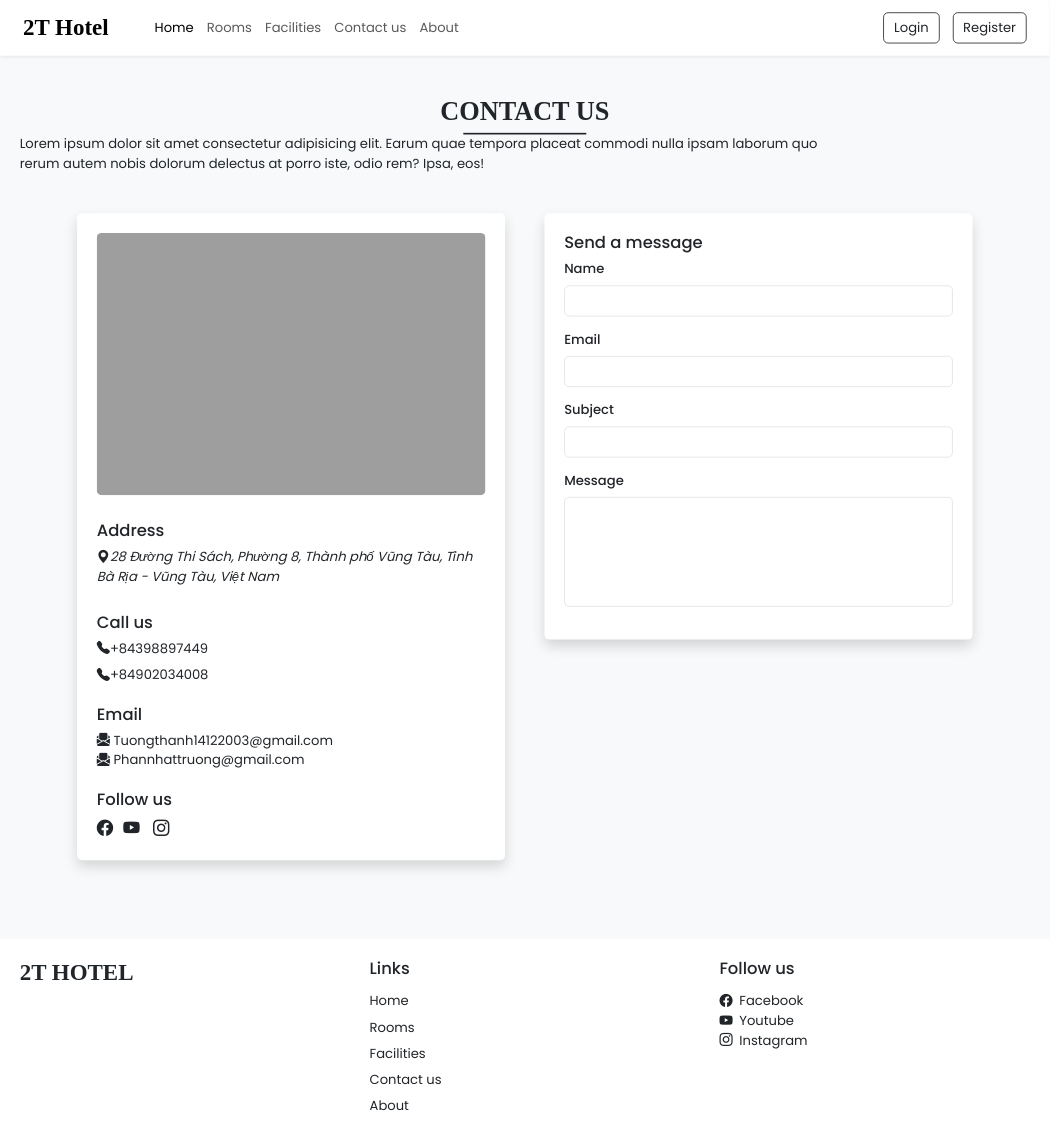
Repository: TaTongThanh2003/DoAnCoSo2024_BookingHotelWebsite
Page: http://localhost/WebsiteBookingHotel/contact.php
These files come from the project's save history. The page is drawn as it stood at one moment and after the next save; the edit follows.
The browser window is 1280 px wide. The pictures show the whole page, at 82% of full size.
Pictures or frames that could not be fetched are drawn as grey boxes. Some web fonts or font styles are not loaded; a fallback is used. The page is run by PHP 8.4 with error messages shown; the project is at /var/www/html/.

Above is the page before, as saved 2024-03-22 15:03:00.

### WebsiteBookingHotel/contact.php
<!DOCTYPE html>
<html lang="en">

<head>
    <meta charset="UTF-8">
    <meta http-equiv="X-UA-Compatible" content="IE-edge">
    <meta name="viewport" content="width=device-width, initial-scale=1.0">
    <title>2T Hotel - CONTACT</title>
    <?php require('inc/links.php'); ?>
    <style>
    .pop:hover {
        border-top-color: var(--teal) !important;
        transform: scale(1.03);
        transition: all 0.3s;
    }
    </style>
    <link rel="stylesheet" href="https://cdn.jsdelivr.net/npm/swiper@11/swiper-bundle.min.css" />
    <style>
    @media screen and (max-width: 575px) {
        .availability-form {
            margin: 25px;
            padding: 0 35px;
        }
    }
    </style>
</head>

<body class="bg-light">
    <?php require('inc/header.php'); ?>

    <div class="my-5 px-4">
        <h2 class="fw-bold h-font text-center">CONTACT US</h2>
        <div class="h-line bg-dark"></div>
        <p>Lorem ipsum dolor sit amet consectetur adipisicing elit. Earum quae tempora placeat commodi nulla ipsam
            laborum quo <br> rerum autem nobis dolorum delectus at porro iste, odio rem? Ipsa, eos!</p>
    </div>
    <div class="container">
        <div class="row">
            <div class="col-lg-6 col-md-6 mb-5 px-4">
                <div class="bg-white rounded shadow p-4 ">
                    <iframe
                        src="https://www.google.com/maps/embed?pb=!1m18!1m12!1m3!1d1387.4586037672818!2d107.14647667339156!3d10.395697334627467!2m3!1f0!2f0!3f0!3m2!1i1024!2i768!4f13.1!3m3!1m2!1s0x31756fd4554f0cf5%3A0xb24fd23bf641fa40!2zVsWpbmcgVMOgdSwgQsOgIFLhu4thIC0gVsWpbmcgVMOgdSwgVmnhu4d0IE5hbQ!5e0!3m2!1svi!2s!4v1710661690680!5m2!1svi!2s"
                        class="w-100 rounded mb-4" height="320px" loading="lazy"
                        referrerpolicy="no-referrer-when-downgrade"></iframe>
                    <h5>Address</h5>
                    <a href="https://maps.app.goo.gl/TkpwJFueXijHawj1A" target="_blank"
                        class="d-inline-block text-decoration-none text-dark mb-2">
                        <i class="bi bi-geo-alt-fill">28 Đường Thi Sách, Phường 8, Thành phố Vũng Tàu,
                            Tỉnh Bà Rịa - Vũng Tàu, Việt Nam</i>
                    </a>
                    <h5 class="mt-4">Call us</h5>
                    <a href="tel: +84398897449" class="d-inline-block mb-2 text-decoration-none text-dark">
                        <i class="bi bi-telephone-fill"></i>+84398897449
                    </a>
                    <br>
                    <a href="tel: +84902034008" class="d-inline-block text-decoration-none text-dark">
                        <i class="bi bi-telephone-fill"></i>+84902034008
                    </a>
                    <h5 class="mt-4">Email</h5>
                    <a href="Mail To: tuongthanh14122003@gmail.com "
                        class="d-inline-block text-decoration-none text-dark">
                        <i class="bi bi-envelope-paper-fill"> </i>Tuongthanh14122003@gmail.com</a><br>
                    <a href="MailTo: phannhattruong@gmail.com " class="d-inline-block text-decoration-none text-dark">
                        <i class="bi bi-envelope-paper-fill"> </i>Phannhattruong@gmail.com</a>
                    <h5 class="mt-4">Follow us</h5>
                    <a href="#" class="d-inline-block text-dark fs-5 me-2 ">
                        <i class="bi bi-facebook mi-1"></i>
                    </a>

                    <a href="#" class="d-inline-block text-dark fs-5 me-2">
                        <i class="bi bi-youtube me-1"></i>
                    </a>
                    <a href="#" class="d-inline-block text-dark fs-5 ">
                        <i class="bi bi-instagram me-1"></i>
                    </a>
                </div>
            </div>
            <div class="col-lg-6 col-md-6 px-4">
                <div class="bg-white rounded shadow p-4 ">
                    <form>
                        <h5>Send a message</h5>
                        <div class="mb-3">
                            <label class="form-label" style="font-weight: 500;">Name</label>
                            <input type="text" class="form-control shadow-none">
                        </div>
                        <div class="mb-3">
                            <label class="form-label" style="font-weight: 500;">Email</label>
                            <input type="email" class="form-control shadow-none">
                        </div>
                        <div class="mb-3">
                            <label class="form-label" style="font-weight: 500;">Subject</label>
                            <input type="text" class="form-control shadow-none">
                        </div>
                        <div class="mb-3">
                            <label class="form-label" style="font-weight: 500;">Message</label>
                            <textarea class="form-control shadow-none" rows="5" style="resize: none;"></textarea>
                        </div>
                    </form>
                </div>
            </div>

        </div>
    </div>

    <!-- footer -->
    <?php require('inc/footer.php'); ?>




    <!-- <script src="https://cdn.jsdelivr.net/npm/swiper@11/swiper-bundle.min.js"></script>
    <script src="https://cdn.jsdelivr.net/npm/bootstrap@5.3.3/dist/js/bootstrap.bundle.min.js"
        integrity="sha384-YvpcrYf0tY3lHB60NNkmXc5s9fDVZLESaAA55NDzOxhy9GkcIdslK1eN7N6jIeHz" crossorigin="anonymous">
    </script> -->
    <!-- <script>
    var swiper = new Swiper(".swiper-container", {
        spaceBetween: 30,
        effect: "fade",
        loop: true,
        autoplay: {
            delay: 3500,
            disableOnInteraction: false,
        }
    });
    var swiper = new Swiper(".swiper-testimonials", {
        effect: "coverflow",
        grabCursor: true,
        centeredSlides: true,
        slidesPerView: "auto",
        slidesPerView: "3",
        loop: true,
        coverflowEffect: {
            rotate: 50,
            stretch: 0,
            depth: 100,
            modifier: 1,
            slideShadows: false,
        },
        pagination: {
            el: ".swiper-pagination",
        },
        breakpoints: {
            320: {
                slidesPerView: 1,
            },
            640: {
                slidesPerView: 1,
            },
            768: {
                slidesPerView: 2,
            },
            1024: {
                slidesPerView: 3,
            },
        }
    });
    </script> -->
</body>

</html>

### WebsiteBookingHotel/inc/links.php
<link href="https://cdn.jsdelivr.net/npm/bootstrap@5.3.3/dist/css/bootstrap.min.css" rel="stylesheet"
    integrity="sha384-QWTKZyjpPEjISv5WaRU9OFeRpok6YctnYmDr5pNlyT2bRjXh0JMhjY6hW+ALEwIH" crossorigin="anonymous">
<link href="https://fonts.googleapis.com/css2?family=Merienda:wght@400;700&family=Poppins:wght@400;500;600&display=swap"
    rel="stylesheet">
<link rel="stylesheet" href="https://cdn.jsdelivr.net/npm/bootstrap-icons@1.11.3/font/bootstrap-icons.min.css">
<link rel="stylesheet" href="css/common.css">

### WebsiteBookingHotel/inc/header.php
<nav class="navbar navbar-expand-lg navbar-light bg-white px-lg-3 py-lg-2 shadow-sm sticky-top">
    <div class="container-fluid">
        <a class="navbar-brand me-5 fw-bold fs-3 h-font" href="index.php">2T Hotel</a>
        <button class="navbar-toggler shadow-none" type="button" data-bs-toggle="collapse"
            data-bs-target="#navbarSupportedContent" aria-controls="navbarSupportedContent" aria-expanded="false"
            aria-label="Toggle navigation">
            <span class="navbar-toggler-icon"></span>
        </button>
        <div class="collapse navbar-collapse" id="navbarSupportedContent">
            <ul class="navbar-nav me-auto mb-2 mb-lg-0">
                <li class="nav-item">
                    <a class="nav-link active" aria-current="page" href="index.php">Home</a>
                </li>
                <li class="nav-item">
                    <a class="nav-link" href="#">Rooms</a>
                </li>
                <li class="nav-item">
                    <a class="nav-link" href="facilities.php">Facilities</a>
                </li>
                <li class="nav-item">
                    <a class="nav-link" href="contact.php">Contact us</a>
                </li>
                <li class="nav-item">
                    <a class="nav-link" href="about.php">About</a>
                </li>
            </ul>
            <div class="d-flex">
                <button type="button" class="btn btn-outline-dark shadow-none me-lg-3 me-2" data-bs-toggle="modal"
                    data-bs-target="#loginModal">
                    Login
                </button>
                <button type="button" class="btn btn-outline-dark shadow-none " data-bs-toggle="modal"
                    data-bs-target="#registerModal">
                    Register
                </button>
            </div>
        </div>
    </div>
</nav>

<!-- login -->
<div class="modal fade" id="loginModal" data-bs-backdrop="static" data-bs-keyboard="false" tabindex="-1"
    aria-labelledby="staticBackdropLabel" aria-hidden="true">
    <div class="modal-dialog">
        <div class="modal-content">
            <form>
                <div class="modal-header">
                    <h5 class="modal-title d-flex align-item-center">
                        <i class="bi bi-person-circle fs-5 me-2"></i> User login
                    </h5>
                    <button type="reset" class="btn-close shadow-none" data-bs-dismiss="modal"
                        aria-label="Close"></button>
                </div>
                <div class="modal-body">
                    <div class="mb-3">
                        <label class="form-label">Email address</label>
                        <input type="email" class="form-control shadow-none">
                    </div>
                    <div class="mb-4">
                        <label class="form-label">Password</label>
                        <input type="password" class="form-control shadow-none">
                    </div>
                    <div class="d-flex align-items-center justify-content-between mb-2">
                        <button type="submit" class="btn btn-dark shadow-none">LOGIN</button>
                        <a href="javascript: void(0)" class="text-secondary text-decoration-none">Forgot
                            Password?</a>
                    </div>
                </div>
            </form>
        </div>
    </div>
</div>

<!-- Register -->
<div class="modal fade" id="registerModal" data-bs-backdrop="static" data-bs-keyboard="false" tabindex="-1"
    aria-labelledby="staticBackdropLabel" aria-hidden="true">
    <div class="modal-dialog modal-lg">
        <div class="modal-content">
            <form>
                <div class="modal-header">
                    <h5 class="modal-title d-flex align-item-center">
                        <i class="bi bi-person-lines-fill fs-5 me-2"></i>
                        User Registration
                    </h5>
                    <button type="reset" class="btn-close shadow-none" data-bs-dismiss="modal"
                        aria-label="Close"></button>
                </div>
                <div class="modal-body">
                    <span class="badge rounded-pill bg-light text-dark mb-3 text-wrap lh-base">
                        Note: Your details must match with your ID (Aadhar card, passport, driving license, etc.)
                        that will be required dring check-in.
                    </span>
                    <div class="container-fluid">
                        <div class="row">
                            <!-- Name -->
                            <div class="col-md-6 ps-0 mb-3">
                                <label class="form-label">Name</label>
                                <input type="text" class="form-control shadow-none">
                            </div>
                            <!-- Email -->
                            <div class="col-md-6 p-0 mb-3">
                                <label class="form-label">Email</label>
                                <input type="email" class="form-control shadow-none">
                            </div>
                            <!-- Phone Number -->
                            <div class="col-md-6 ps-0 mb-3">
                                <label class="form-label">Phone Number</label>
                                <input type="number" class="form-control shadow-none">
                            </div>
                            <!-- Picture -->
                            <div class="col-md-6 p-0 mb-3">
                                <label class="form-label">Picture</label>
                                <input type="file" class="form-control shadow-none">
                            </div>
                            <!-- Address -->
                            <div class="col-md-12 p-0 mb-3">
                                <label class="form-label">Address</label>
                                <textarea class="form-control shadow-none" rows="1"></textarea>
                            </div>
                            <!-- Pincode -->
                            <div class="col-md-6 ps-0 mb-3">
                                <label class="form-label">Pincode</label>
                                <input type="number" class="form-control shadow-none">
                            </div>
                            <!-- Date of birth -->
                            <div class="col-md-6 p-0 mb-3">
                                <label class="form-label">Date of birth</label>
                                <input type="date" class="form-control shadow-none">
                            </div>
                            <!-- Password -->
                            <div class="col-md-6 ps-0 mb-3">
                                <label class="form-label">Password</label>
                                <input type="password" class="form-control shadow-none">
                            </div>
                            <!-- Comfirm Password -->
                            <div class="col-md-6 p-0 mb-3">
                                <label class="form-label">Comfirm Password</label>
                                <input type="password" class="form-control shadow-none">
                            </div>
                        </div>
                    </div>
                    <div class="text-center my-1">
                        <button type="submit" class="btn btn-dark shadow-none">REGISTER</button>
                    </div>
                </div>
            </form>
        </div>
    </div>
</div>

### WebsiteBookingHotel/inc/footer.php
<div class="container-fluid bg-white mt-5">
    <div class="row">
        <div class="col-lg-4 p-4">
            <h3 class="h-font fw-bold fs-3">2T HOTEL</h3>
            <p>

            </p>
        </div>
        <div class="col-lg-4 p-4">
            <h5 class="mb-3">Links</h5>
            <a href="#" class="d-inline-block mb-2 text-dark text-decoration-none">Home</a><br>
            <a href="#" class="d-inline-block mb-2 text-dark text-decoration-none">Rooms</a><br>
            <a href="#" class="d-inline-block mb-2 text-dark text-decoration-none">Facilities</a><br>
            <a href="#" class="d-inline-block mb-2 text-dark text-decoration-none">Contact us</a><br>
            <a href="#" class="d-inline-block mb-2 text-dark text-decoration-none">About</a>
        </div>
        <div class="col-lg-4 p-4">
            <h5 class="mb-3">Follow us</h5>
            <a href="#" class="d-inline-block text-dark text-decoration-none md-2">
                <i class="bi bi-facebook me-1"></i> Facebook
            </a><br>
            <a href="#" class="d-inline-block text-dark text-decoration-none md-2">
                <i class="bi bi-youtube me-1"></i> Youtube
            </a><br>
            <a href="#" class="d-inline-block text-dark text-decoration-none ">
                <i class="bi bi-instagram me-1"></i> Instagram
            </a><br>
        </div>
    </div>
</div>

### WebsiteBookingHotel/css/common.css
:root{
    --teal: #2ec1ac;
    --teal_hover: #279e8c;
}

* {
    font-family: 'Poppins', sans-serif;
}

.h-font {
    font-family: 'Merienda', cursive;
}

input::-webkit-outer-spin-button,
input::-webkit-inner-spin-button {
    -webkit-appearance: none;
    margin: 0;
}

/* input[type=number] {
    -moz-appearance: textfield;
} */

.custom-bg {
    background-color: var(--teal);
    border: 1px solid var(--teal);
}

.custom-bg:hover {
    background-color: var(--teal_hover);
    border-color: var(--teal_hover);
}

.availability-form {
    margin-top: -50px;
    z-index: 2;
    position: relative;
}
.h-line{
    width: 150px ;
    margin: 0 auto;
    height: 1.7px;
}

After the next save:
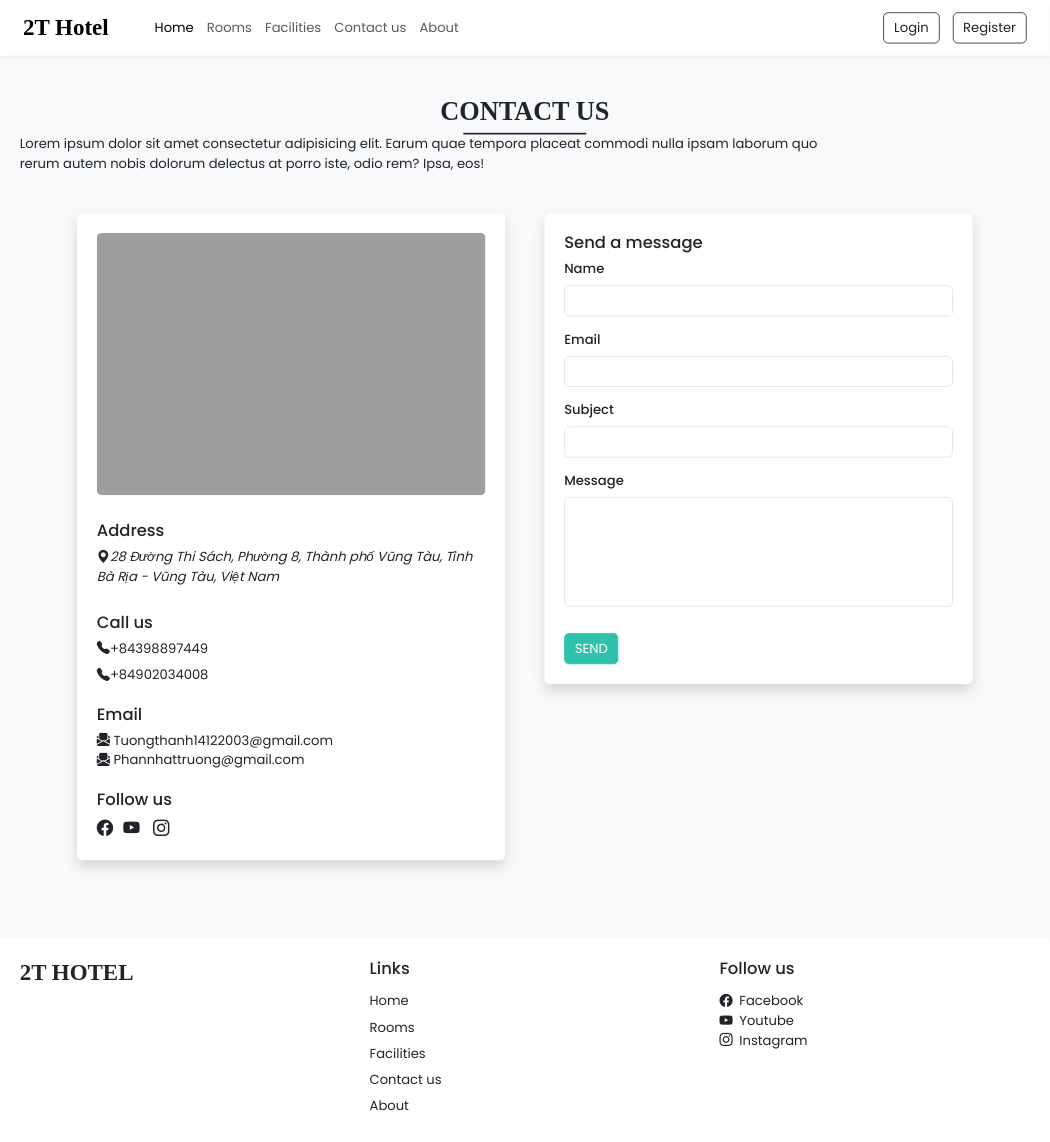
Saved 2 min 39 s later.
--- a/WebsiteBookingHotel/contact.php
+++ b/WebsiteBookingHotel/contact.php
@@ -95,6 +95,7 @@
                             <label class="form-label" style="font-weight: 500;">Message</label>
                             <textarea class="form-control shadow-none" rows="5" style="resize: none;"></textarea>
                         </div>
+                        <button type="submit" class="btn text-white custom-bg mt-3">SEND</button>
                     </form>
                 </div>
             </div>
